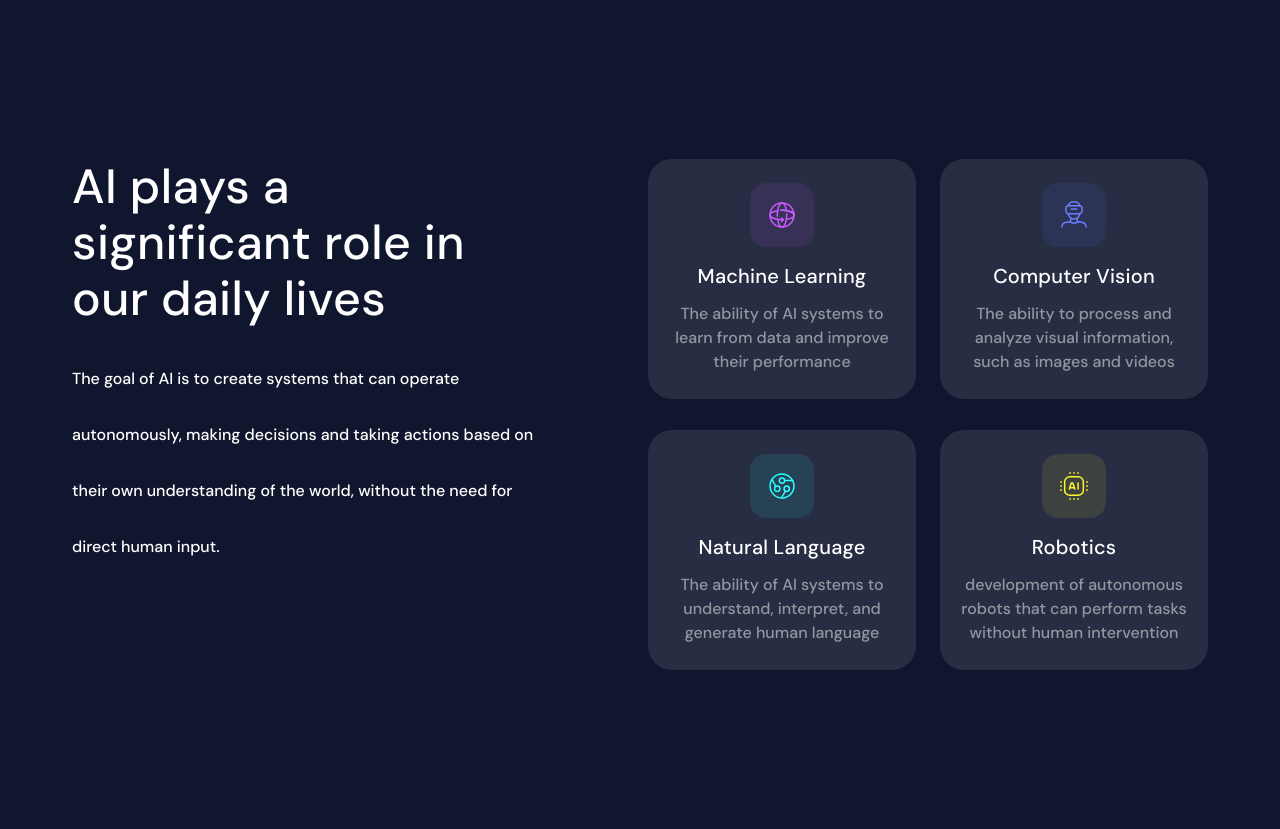
Repository: alphatra/INVO-Academy
Page: / (app in [lvl 1] Sekcja 4 obszarów AI/Starter-code/)
These files come from the project's save history. The page is drawn as it stood at one moment and after the next save; the edit follows.
The browser window is 1280 px wide. The pictures show the whole page.
The project was rebuilt for these pictures with package versions that can differ from the ones it lists, and the page was loaded fresh each time.

Above is the page before, as saved 2023-03-24 17:34:39.

After the next save:
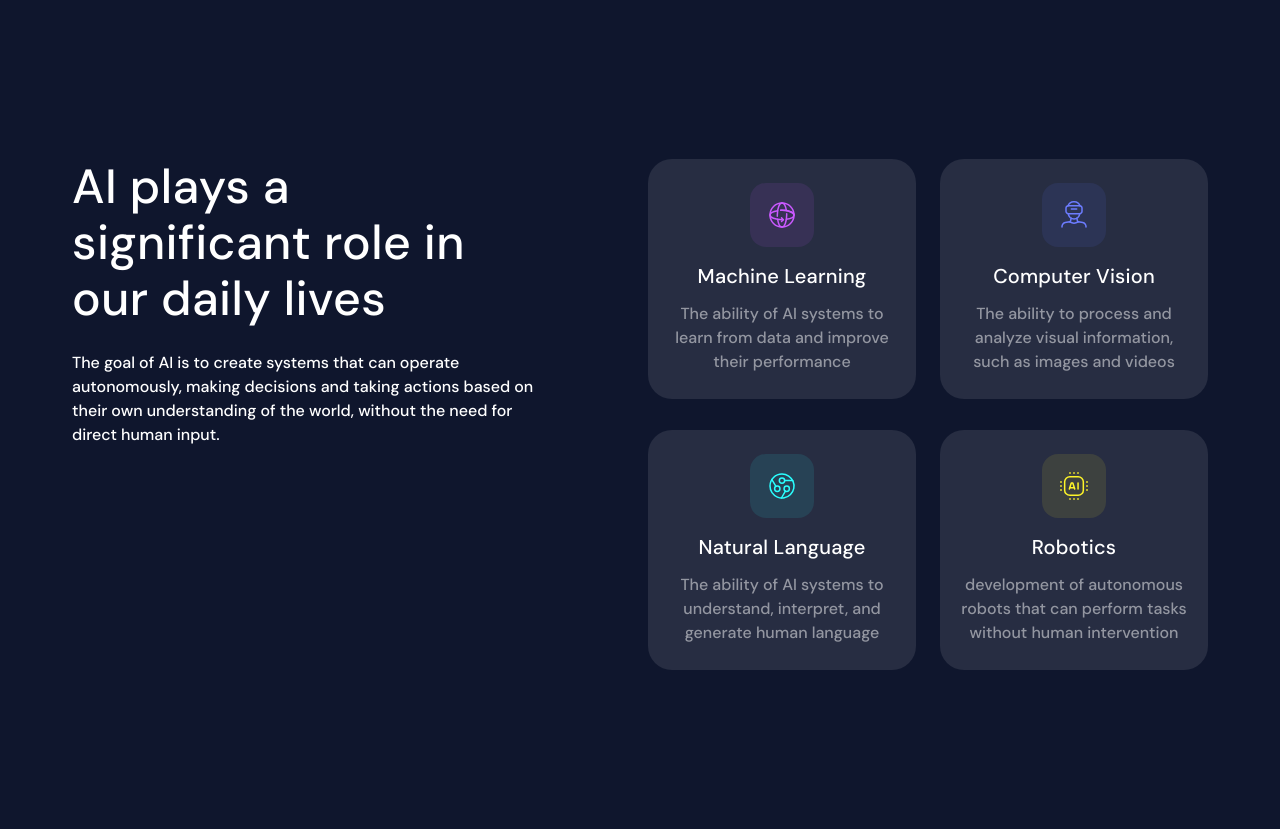
Saved 32 s later.
--- a/[lvl 1] Sekcja 4 obszarów AI/Starter-code/src/pages/home-page/styles/home-page.scss
+++ b/[lvl 1] Sekcja 4 obszarów AI/Starter-code/src/pages/home-page/styles/home-page.scss
@@ -62,7 +62,7 @@ h1,p,span {
 
     &__description {
         font-size: var(--text-header__description-size);
-        line-height: var(--text-header__tittle-line-height);
+        line-height: var(--text-header__description-line-height);
         font-weight: var(--font-weight-sub);
     }
 
